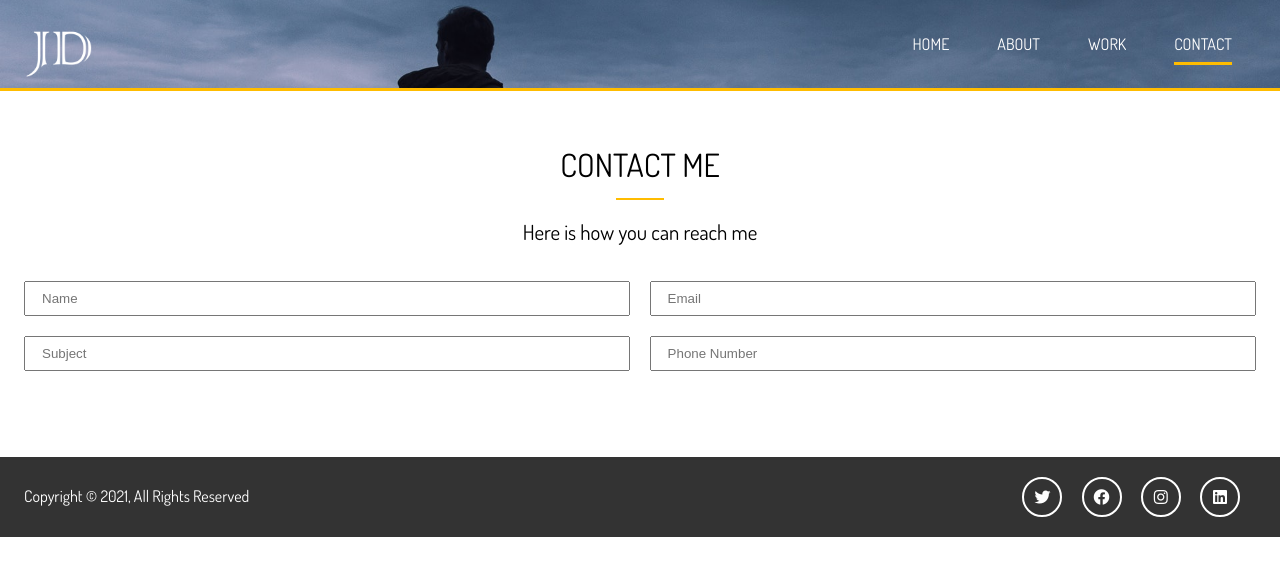
Repository: minhtien9/Portfolio_Website
Page: diet/contact.html
The author's editor kept a copy of each file at every save. The page is drawn from the files as they stood at one save, then again after the next save.
The browser window is 1280 px wide. The pictures show the whole page.

Above is the page before, as saved 2021-08-29 19:44:40.

### diet/contact.html
<!DOCTYPE html>
<html lang="en">
  <head>
    <meta charset="UTF-8" />
    <meta http-equiv="X-UA-Compatible" content="IE=edge" />
    <meta name="viewport" content="width=device-width, initial-scale=1.0" />
    <link
      rel="stylesheet"
      href="https://cdnjs.cloudflare.com/ajax/libs/font-awesome/5.15.4/css/all.min.css"
      integrity="sha512-1ycn6IcaQQ40/MKBW2W4Rhis/DbILU74C1vSrLJxCq57o941Ym01SwNsOMqvEBFlcgUa6xLiPY/NS5R+E6ztJQ=="
      crossorigin="anonymous"
      referrerpolicy="no-referrer"
    />
    <link
      href="https://fonts.googleapis.com/css2?family=Dosis&display=swap"
      rel="stylesheet"
    />
    <link rel="stylesheet" href="css/style.css" />
    <title>Contact Me || UI/UX Designer & Photographer</title>
  </head>
  <body>
    <!-- Header -->
    <header id="header-inner">
      <div class="container">
        <nav id="main-nav">
          <img src="img/logo.png" alt="My Portfolio" id="logo" />
          <ul>
            <li><a href="index.html">Home</a></li>
            <li><a href="about.html">About</a></li>
            <li><a href="work.html">Work</a></li>
            <li><a href="contact.html" class="current">Contact</a></li>
          </ul>
        </nav>
      </div>
    </header>

    <!-- Section A: Contact Form -->
    <section id="contact-a" class="text-center py-3">
      <div class="container">
        <h2 class="section-title">Contact Me</h2>
        <div class="bottom-line"></div>
        <p class="lead">Here is how you can reach me</p>
        <form>
          <div class="text-fields">
            <input
              type="text"
              class="text-input name-input"
              placeholder="Name"
            />
            <input
              type="text"
              class="text-input subject-input"
              placeholder="Subject"
            />
            <input
              type="email"
              class="text-input email-input"
              placeholder="Email"
            />
            <input
              type="text"
              class="text-input phone-input"
              placeholder="Phone Number"
            />
            <input
              type="text"
              class="text-input name-input"
              placeholder="Name"
            />
          </div>
        </form>
      </div>
    </section>

    <!-- Footer -->
    <footer id="main-footer">
      <div class="footer-content container">
        <p>Copyright &copy; 2021, All Rights Reserved</p>
        <div class="social">
          <i class="fab fa-twitter"></i>
          <i class="fab fa-facebook"></i>
          <i class="fab fa-instagram"></i>
          <i class="fab fa-linkedin"></i>
        </div>
      </div>
    </footer>

    <!-- <script src="js/typewriter.js"></script> -->
  </body>
</html>

### diet/css/style.css
.container {
  max-width: 1280px;
  padding: 0 1.5rem;
  margin: auto;
  overflow: hidden;
}

.btn-dark, .btn-light, .btn-main {
  display: inline-block;
  padding: 0.8rem 2rem;
  transition: all 0.5s;
  border: none;
  cursor: pointer;
}

.btn-main {
  color: #333;
  background-color: #ffbc00;
}
.btn-light {
  color: #333;
  background-color: #f4f4f4;
}
.btn-dark {
  color: #f4f4f4;
  background-color: #333;
}

button[class^=btn-]:hover,
a[class^=btn-]:hover,
input[class^=btn-]:hover {
  background-color: #ffbc00;
}

.bg-main {
  background: #ffbc00;
  color: #fff;
}
.bg-dark {
  background: #333;
  color: #fff;
}
.bg-light {
  background: #f4f4f4;
  color: #000;
}
.bg-medium {
  background: #ccc;
  color: #000;
}

.lead {
  font-size: 1.3rem;
  margin-bottom: 2rem;
}

.text-center {
  text-align: center;
}

.py-1 {
  padding: 1rem 0;
}
.py-2 {
  padding: 2rem 0;
}
.py-3 {
  padding: 3rem 0;
}
.py-4 {
  padding: 4rem 0;
}

.ny-1 {
  margin: 1rem 0;
}
.ny-2 {
  margin: 2rem 0;
}
.ny-3 {
  margin: 3rem 0;
}
.ny-4 {
  margin: 4rem 0;
}

.section-title {
  font-size: 2rem;
  display: block;
  padding-bottom: 0.5rem;
  text-align: center;
  font-weight: 100;
  text-transform: uppercase;
}

.bottom-line {
  height: 2px;
  width: 3rem;
  background: #ffbc00;
  display: block;
  margin: 0 auto 1rem auto;
}

.items {
  display: grid;
  grid-template-columns: repeat(3, 1fr);
  box-shadow: 0 5px 10px 0 rgba(0, 0, 0, 0.3);
}

.item {
  position: relative;
  background: #ffbc00;
  overflow: hidden;
}
.item:after {
  content: "";
  position: absolute;
  display: block;
  background: inherit;
  opacity: 0.9;
  top: 0;
  left: 0;
  width: 100%;
  height: 100%;
  transform: scale(2) translateX(-75%) translateY(-75%) rotate(-28deg);
  transition: transform 3s cubic-bezier(0.2, 1, 0.3, 1);
}
.item:hover:after {
  transform: scale(2) translateX(0) translateY(0) rotate(-28deg);
}
.item:hover .item-image {
  transform: scale(1.2);
}
.item:hover .item-text {
  opacity: 1;
  transform: translateY(0);
}
.item-image {
  height: auto;
  transform: translateZ(0);
  display: block;
  transition: transform 750ms cubic-bezier(0.2, 1, 0.3, 1);
}
.item-image:before {
  content: "";
  display: block;
  padding-top: 75%;
  overflow: hidden;
}
.item-image img {
  position: absolute;
  top: 0;
  left: 0;
  width: 100%;
  height: auto;
  line-height: 0;
}
.item-text {
  position: absolute;
  top: 0;
  left: 0;
  bottom: 0;
  right: 0;
  opacity: 0;
  text-align: center;
  z-index: 1;
  color: #fff;
  transform: translateY(-20%);
  transition: opacity 500ms cubic-bezier(0.2, 1, 0.3, 1), transform 500ms cubic-bezier(0.2, 1, 0.3, 1);
  transition-delay: 300ms;
}
.item-text-wrap {
  position: absolute;
  width: 100%;
  top: 50%;
  transform: translateY(-50%);
}
.item-text-title {
  font-size: 2rem;
  padding: 0 1rem;
  margin: 5px 0 0 0;
}
.item-text-category {
  text-transform: uppercase;
  font-size: 1.2rem;
  opacity: 0.7;
  margin: 0;
}

* {
  margin: 0;
  padding: 0;
}

body {
  font-family: "Dosis", sans-serif;
  line-height: 1.6;
  background: #fff;
}

a {
  text-decoration: none;
  color: #333;
}

ul {
  list-style: none;
}

h2,
h3,
h4 {
  text-transform: uppercase;
}

img {
  width: 100%;
}

#logo {
  width: 70px;
  height: 70px;
  color: #fff;
  text-transform: uppercase;
}

#main-nav {
  display: flex;
  justify-content: space-between;
  padding-top: 1rem;
}
#main-nav ul {
  display: flex;
}
#main-nav li {
  padding: 1rem 1.5rem;
}
#main-nav a {
  text-decoration: none;
  color: #fff;
  text-transform: uppercase;
  border-bottom: 3px transparent solid;
  padding-bottom: 0.5rem;
  transition: border-color 0.5s;
}
#main-nav a:hover {
  border-color: #ccc;
}
#main-nav a.current {
  border-color: #ffbc00;
}

#header-home {
  background: url("../img/showcase.jpg") no-repeat center right/cover;
  height: 100vh;
  color: #fff;
}
#header-home .header-content {
  text-align: center;
  padding-top: 20%;
}
#header-home .header-content h1 {
  font-size: 4rem;
  line-height: 1.2;
}
#header-inner {
  background: url("../img/showcase.jpg") no-repeat 20% 30%/cover;
  height: 5.5rem;
  border-bottom: 3px solid #ffbc00;
}

#home-a .specials {
  margin-top: 3rem;
  display: grid;
  grid-gap: 1rem;
  grid-template-columns: repeat(4, 1fr);
}
#home-a .specials .fas {
  color: #ffbc00;
  padding-bottom: 0.4rem;
}
#home-b .stats {
  display: grid;
  grid-template-columns: repeat(4, 1fr);
}
#home-b .stats li {
  line-height: 2;
}
#home-b .stats li.stats-title {
  font-size: 1.5rem;
}
#home-b .stats li.stats-number {
  font-size: 2rem;
  font-weight: bold;
}
#home-b .stats div {
  padding: 3rem 0;
}
#home-b .stats div:nth-child(odd) {
  background: #f4f4f4;
}
#home-b .stats div:nth-child(even) {
  background: #ccc;
}
#home-c .process {
  display: grid;
  grid-template-columns: repeat(4, 1fr);
  grid-gap: 1.5rem;
  text-align: center;
}
#home-c .process-step {
  position: absolute;
  top: 0;
  right: 0;
  font-size: 28px;
  background: #ffbc00;
  color: #fff;
  border-radius: 50%;
  height: 15px;
  width: 15px;
  line-height: 15px;
  padding: 1rem;
  transition: all 1s;
}
#home-c .process-icon {
  border-radius: 50%;
  background: #333;
  color: #fff;
  padding: 2rem;
  width: 70px;
  height: 70px;
  line-height: 70px;
  text-align: center;
  position: relative;
  transition: all 1s;
}
#home-c .process-icon:hover {
  background: #ffbc00;
  width: 90px;
  height: 90px;
  line-height: 90px;
}
#home-c .process-icon:hover .process-step {
  background: #333;
  color: #fff;
}

#about-a .about-info {
  display: grid;
  grid-template-areas: "bioimage bio bio" "aw1 aw2 aw3";
  grid-gap: 1.2rem;
}
#about-a .bio-image {
  grid-area: bioimage;
}
#about-a .bio {
  grid-area: bio;
  border-left: 3px solid #ffbc00;
  padding: 0.8rem;
}
#about-a .award-1 {
  grid-area: aw1;
}
#about-a .award-2 {
  grid-area: aw2;
}
#about-a .award-3 {
  grid-area: aw3;
}
#about-a .award-1 .fas,
#about-a .award-2 .fas,
#about-a .award-3 .fas {
  color: #ffbc00;
  margin: 1rem;
}
#about-b .progress {
  overflow: hidden;
  height: 20px;
  background: #ccc;
  border-radius: 5px;
  margin-bottom: 0.6rem;
}
#about-b .progress div {
  height: 100%;
  color: #fff;
  text-align: center;
  background: #ffbc00;
}
#about-c .about-logos {
  display: grid;
  grid-template-columns: repeat(4, 1fr);
  grid-gap: 2rem;
}
#about-c .about-logos img {
  width: 70%;
}
#about-d .testimonials {
  display: grid;
  grid-template-columns: repeat(4, 1fr);
  grid-gap: 0.5rem;
}
#about-d .testimonials ul {
  list-style: none;
  margin-top: 1rem;
  display: flex;
  align-items: center;
}
#about-d .testimonials p {
  border: 1px solid #ccc;
  border-radius: 5px;
  padding: 0.5rem;
}
#about-d .testimonials img {
  width: 50px;
  height: 50px;
  border-radius: 50%;
  margin-right: 0.5rem;
}

#contact-a .text-fields {
  display: grid;
  grid-template-areas: "name email" "subject phone" "message message";
  grid-gap: 1.2rem;
  margin-bottom: 1.2rem;
}
#contact-a .text-fields .name-input {
  grid-area: name;
}
#contact-a .text-fields .subject-input {
  grid-area: subject;
}
#contact-a .text-fields .email-input {
  grid-area: email;
}
#contact-a .text-fields .phone-input {
  grid-area: phone;
}
#contact-a .text-fields .message-input {
  grid-area: message;
  height: 100px;
}
#contact-a .text-fields .text-input {
  padding: 0.5rem 1rem;
}
#contact-a button[type=submit] {
  width: 50%;
}
#contact-b .contact-info {
  display: grid;
  grid-template-columns: repeat(3, 1fr);
  text-align: center;
}
#contact-c h1 {
  text-align: center;
  font-size: 4rem;
}

#main-footer {
  background: #333;
  color: #fff;
  height: 5rem;
}
#main-footer .footer-content {
  display: flex;
  justify-content: space-between;
  height: 5rem;
  align-items: center;
}
#main-footer .footer-content .social .fab {
  margin-right: 1rem;
  border: 2px solid #fff;
  border-radius: 50%;
  height: 20px;
  width: 20px;
  line-height: 20px;
  text-align: center;
  padding: 0.5rem;
}
#main-footer .footer-content .social .fab:hover {
  background: #ffbc00;
  cursor: pointer;
}

@media (max-width: 800px) {
  #header-home {
    height: 30rem;
  }
  #header-home .header-content {
    padding-top: 5rem;
  }
}
@media (max-width: 500px) {
  #main-nav {
    flex-direction: column;
    align-items: center;
  }
  #main-nav li {
    padding: 1rem;
  }

  #header-home {
    height: 10rem;
    border-bottom: 3px solid #ffbc00;
    background-position: 20% 30%;
  }
  #header-home .header-content {
    display: none;
  }
  #header-inner {
    height: 10rem;
  }

  #home-a .specials,
#home-b .stats,
#home-c .process,
#about-d .testimonials,
#contact-b .contact-info,
.items {
    grid-template-columns: 1fr;
  }

  #home-a .specials div {
    border-bottom: 1px #f4f4f4 solid;
    padding-bottom: 1rem;
  }
  #home-a .specials div:last-child {
    border: none;
    padding-bottom: 0;
  }
  #home-b .stats div {
    padding: 2rem 0 1rem 0;
  }

  #about-a .about-info {
    grid-template-areas: "bioimage" "bio" "aw1" "aw2" "aw3";
  }
  #about-c {
    display: none;
  }

  #contact-a .text-fields {
    grid-template-areas: "name" "subject" "email" "phone" "message";
  }
  #contact-b div {
    margin-bottom: 1rem;
    padding-bottom: 1rem;
    border-bottom: 1px solid #555;
  }
  #contact-b div:last-child {
    border: none;
    margin-bottom: 0;
    padding-bottom: 0;
  }
  #contact-c h1 {
    font-size: 2rem;
  }

  #main-footer {
    height: 7rem;
  }
  #main-footer .footer-content {
    flex-direction: column;
    padding: 1rem;
    height: 5rem;
  }
}
@media (max-height: 580px) {
  #header-home .header-content {
    padding-top: 3rem;
  }
}
@media (max-height: 330px) {
  #header-home .header-content h1 {
    font-size: 2rem;
  }
}

/*# sourceMappingURL=style.css.map */

After the next save:
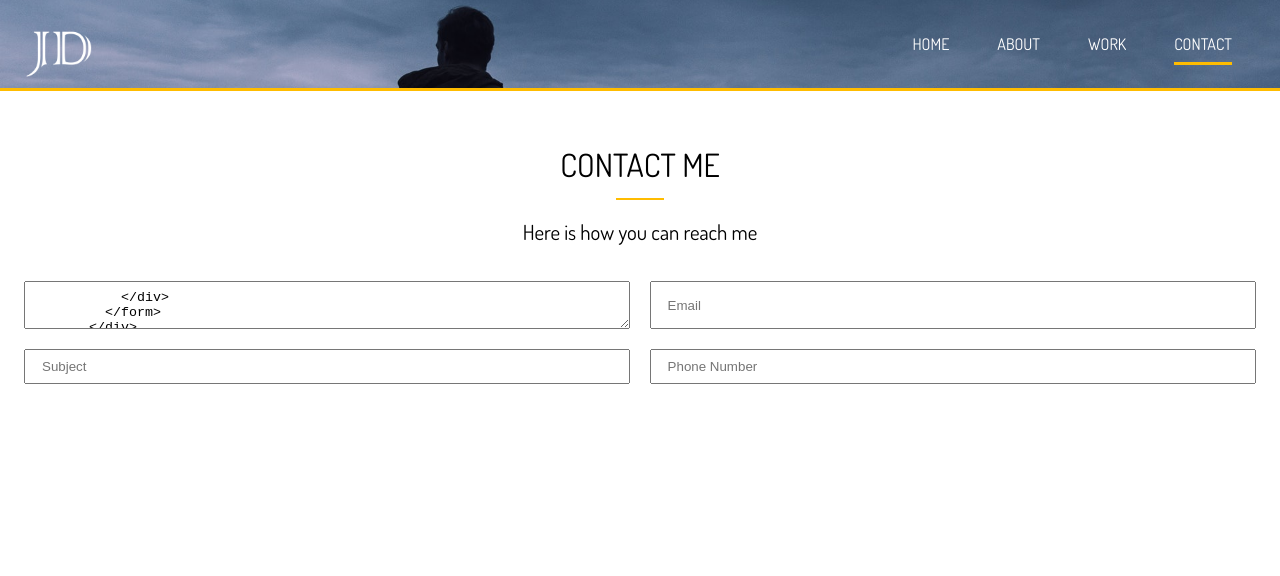
Saved 27 s later.
--- a/diet/contact.html
+++ b/diet/contact.html
@@ -62,11 +62,7 @@
               class="text-input phone-input"
               placeholder="Phone Number"
             />
-            <input
-              type="text"
-              class="text-input name-input"
-              placeholder="Name"
-            />
+            <textarea class="text-input name-input" placeholder="Name" />
           </div>
         </form>
       </div>
